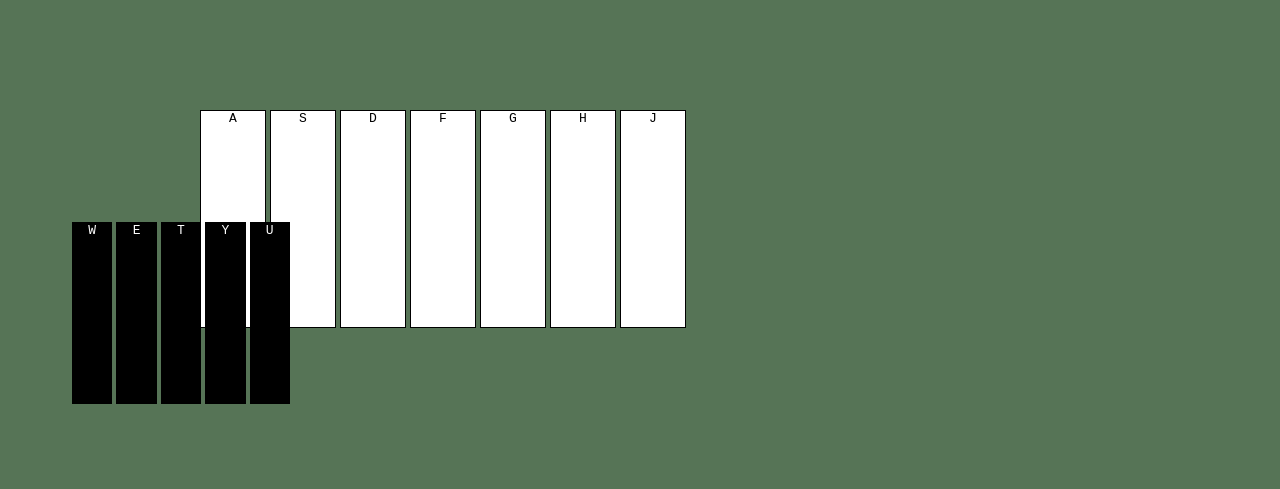
Repository: ctcoleman/Virtual-Piano
Page: index.html
An editor plug-in stored every save of this project. The page is shown before and after the next save, followed by the edit.
The browser window is 1280 px wide. The pictures show the whole page.

Above is the page before, as saved 2020-07-20 09:25:46.

After the next save:
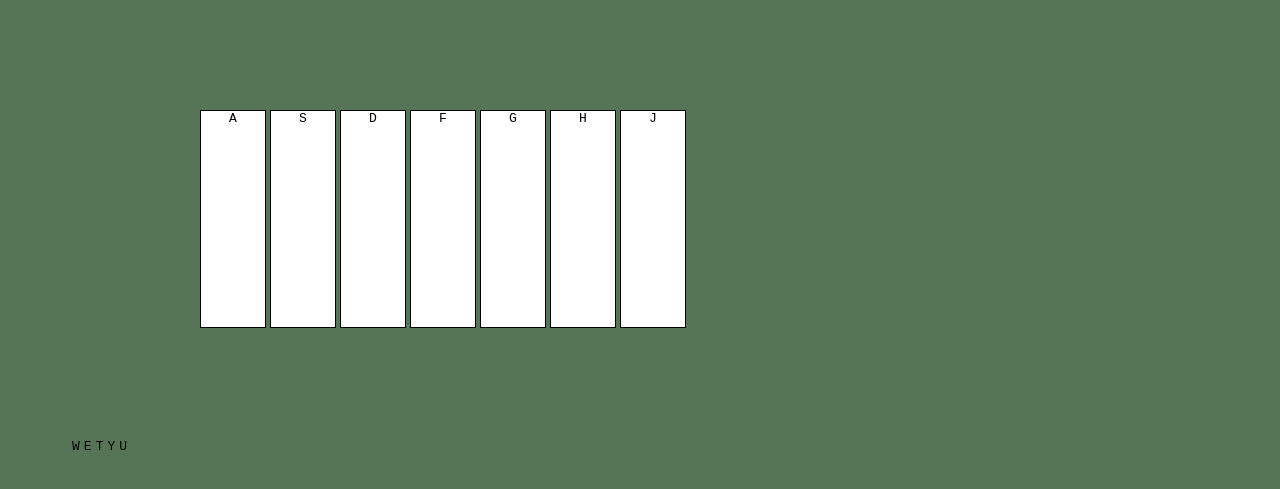
Saved 6 s later.
--- a/index.css
+++ b/index.css
@@ -39,7 +39,7 @@
     position: relative;
 
 }
-.black-key {
+.black.black-key {
     position: relative;
     z-index: 1;
     top: -30vh;

After the save that followed:
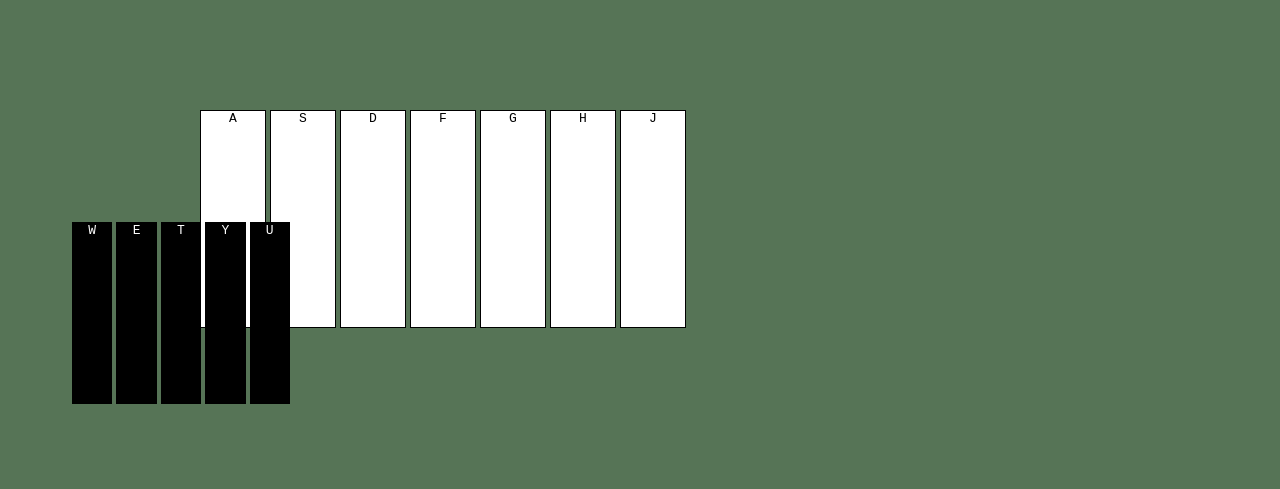
Saved 5 s later.
--- a/index.css
+++ b/index.css
@@ -39,7 +39,7 @@
     position: relative;
 
 }
-.black.black-key {
+.black-keys .black-key {
     position: relative;
     z-index: 1;
     top: -30vh;
